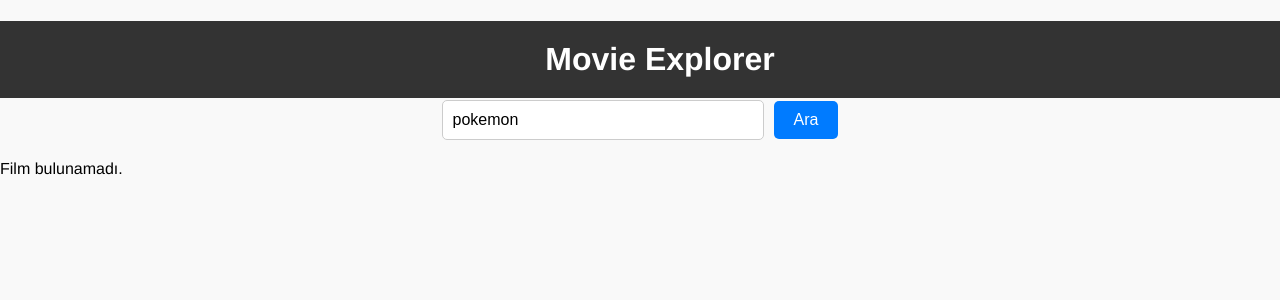
Repository: denizdizi/movie-explorer
Page: /
These files come from the project's save history. The page is drawn as it stood at one moment and after the next save; the edit follows.
The browser window is 1280 px wide. The pictures show the whole page.
The page's requests for data from a server got no answer. The project was rebuilt for these pictures with package versions that can differ from the ones it lists, and the page was loaded fresh each time. No one was signed in, and anything a server would have sent is missing. Also part of the build but not shown: src/App.css, src/components/MovieCard.js.

Above is the page before, as saved 2025-03-28 11:18:30.

After the next save:
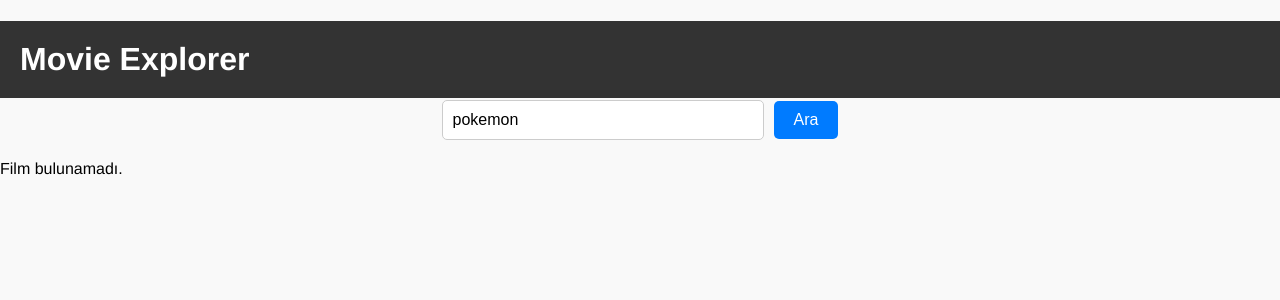
Saved 42 s later.
--- a/src/styles/global.scss
+++ b/src/styles/global.scss
@@ -129,7 +129,6 @@ body {
     color: #fff; /* Yazı rengini beyaz yapıyoruz */
     padding: 20px; /* Arka planın etrafına biraz boşluk ekliyoruz */
     font-size: 2em; /* Başlık boyutunu büyütüyoruz */
-    text-align: center; /* Başlığı ortalıyoruz */
     position: fixed; /* Başlık sabitlenecek */
     top: 0; /* Başlık üstte olacak */
     left: 0; /* Başlık solda olacak */
